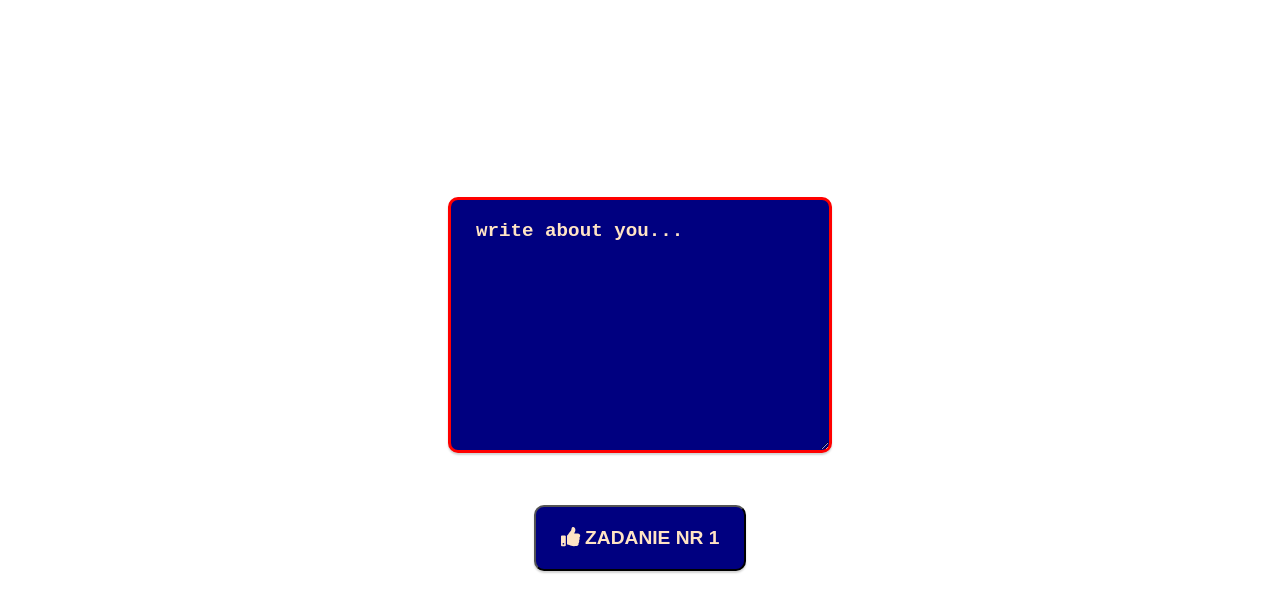
Repository: KrzysKolo/sr_tydzien3_zad_1_2_3
Page: /
These files come from the project's save history. The page is drawn as it stood at one moment and after the next save; the edit follows.
The browser window is 1280 px wide. The pictures show the whole page.
The project was rebuilt for these pictures with package versions that can differ from the ones it lists, and the page was loaded fresh each time.

Above is the page before, as saved 2020-11-02 16:55:59.

### src/App.js
import React,  { Component } from 'react';
import Button from './components/Form/Button';
import Textarea from './components/Form/Textarea';
import { faThumbsUp } from "@fortawesome/free-solid-svg-icons";
import './App.css';

class App extends Component {
  state = {  }

  render() {

    return (
      <div className="app">
        <Textarea bgColor="navy" color="bisque" borderSize="3px" borderRadius="10px" borderColor="red" value="write about you..." />
        <Button  bgColor="navy" color="bisque" label="Zadanie nr 1" icon={faThumbsUp}/>
      </div>
     );
  }
}

export default App;

### src/components/Form/Button.js
import React from 'react';
import styled from 'styled-components';
import { FontAwesomeIcon } from '@fortawesome/react-fontawesome';
import { faAngellist } from '@fortawesome/free-brands-svg-icons';

const Button = ({label, color, bgColor, icon}) => {
    const Button = styled.button`
    background-color: ${[bgColor]};
    border-radius: 10px;
    box-shadow: 0px 2px 2px lightgray;
    color: ${[color]};
    cursor: pointer;
    font-weight: bold;
    font-size: 1.2rem;
    outline: 0;
    padding: 20px 25px;
    text-transform: uppercase;
    transition: ease background-color, color 0.6s;
    &:hover {
        background-color: ${[color]};
        color: ${[bgColor]};
    }
    `;
    return (

        <div>
            <Button >
                <FontAwesomeIcon icon={icon} /> {label}
            </Button>
        </div>
     );
}
Button.defaultProps = {
    bgColor: "#1B1464",
    color: "#FFC312",
    label: "Click me",
    icon: faAngellist,
}

export default Button;

### src/components/Form/Textarea.js
import React from 'react';
import styled from 'styled-components';


const Textarea = ({value, color, bgColor, borderSize, borderRadius, borderColor}) => {
    const Textarea = styled.textarea`
    background-color: ${bgColor};
    border-radius: ${borderRadius};
    border: ${borderSize} solid ${borderColor};;
    box-shadow: 0px 2px 2px lightgray;
    color: ${color};
    font-weight: bold;
    font-size: 1.2rem;
    height: 20vw;
    margin: 3rem auto;
    outline: 0;
    padding: 20px 25px;
    width: 30vw;
    `;
    return (

        <div>
            <Textarea value={ value }/>
        </div>
     );
}
Textarea.defaultProps = {
    bgColor: "beige",
    border: "3px solid olive",
    borderRadius: "15px",
    color: "midnightblue",
    value: "write...",
    }

export default Textarea;

### src/App.css
* {
  padding: 0;
  margin: 0;
  box-sizing: border-box;
}
.app {
  display: flex;
  flex-direction: column;
  justify-content: center;
  align-items: center;
  height: 100vh;
}

Loaded but not shown: public/index.html (common file); src/index.js (common file); src/index.css (common file)

After the next save:
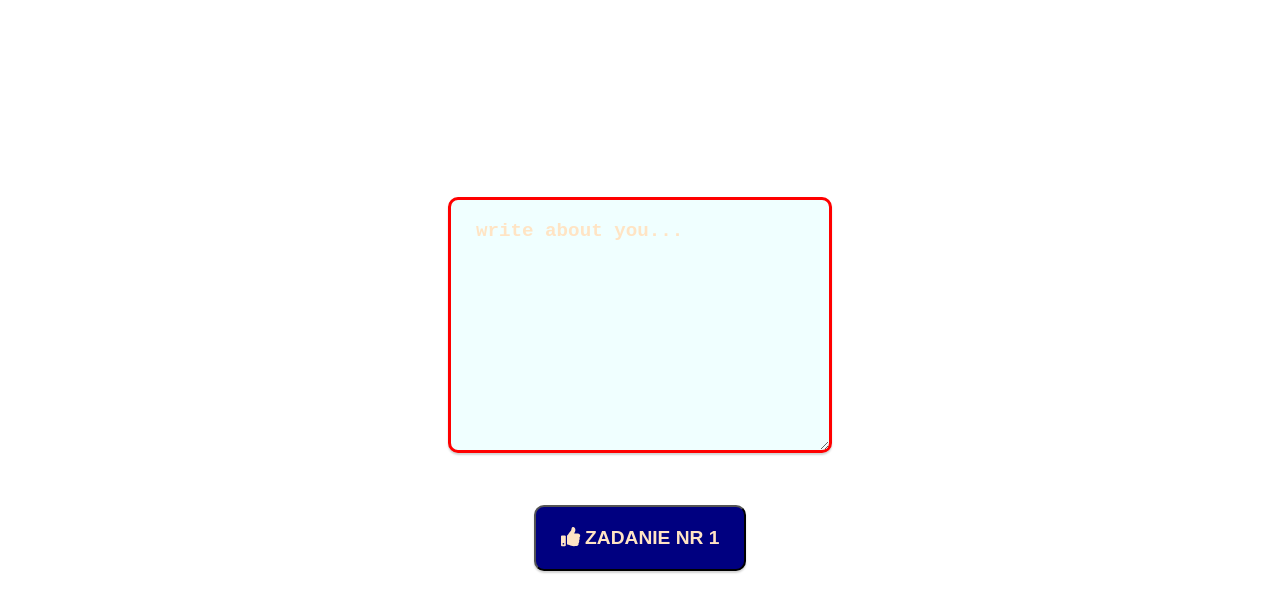
Saved 52 s later.
--- a/src/App.js
+++ b/src/App.js
@@ -11,7 +11,7 @@ class App extends Component {
 
     return (
       <div className="app">
-        <Textarea bgColor="navy" color="bisque" borderSize="3px" borderRadius="10px" borderColor="red" value="write about you..." />
+        <Textarea bgColor="azure" color="bisque" borderSize="3px" borderRadius="10px" borderColor="red" value="write about you..." />
         <Button  bgColor="navy" color="bisque" label="Zadanie nr 1" icon={faThumbsUp}/>
       </div>
      );
